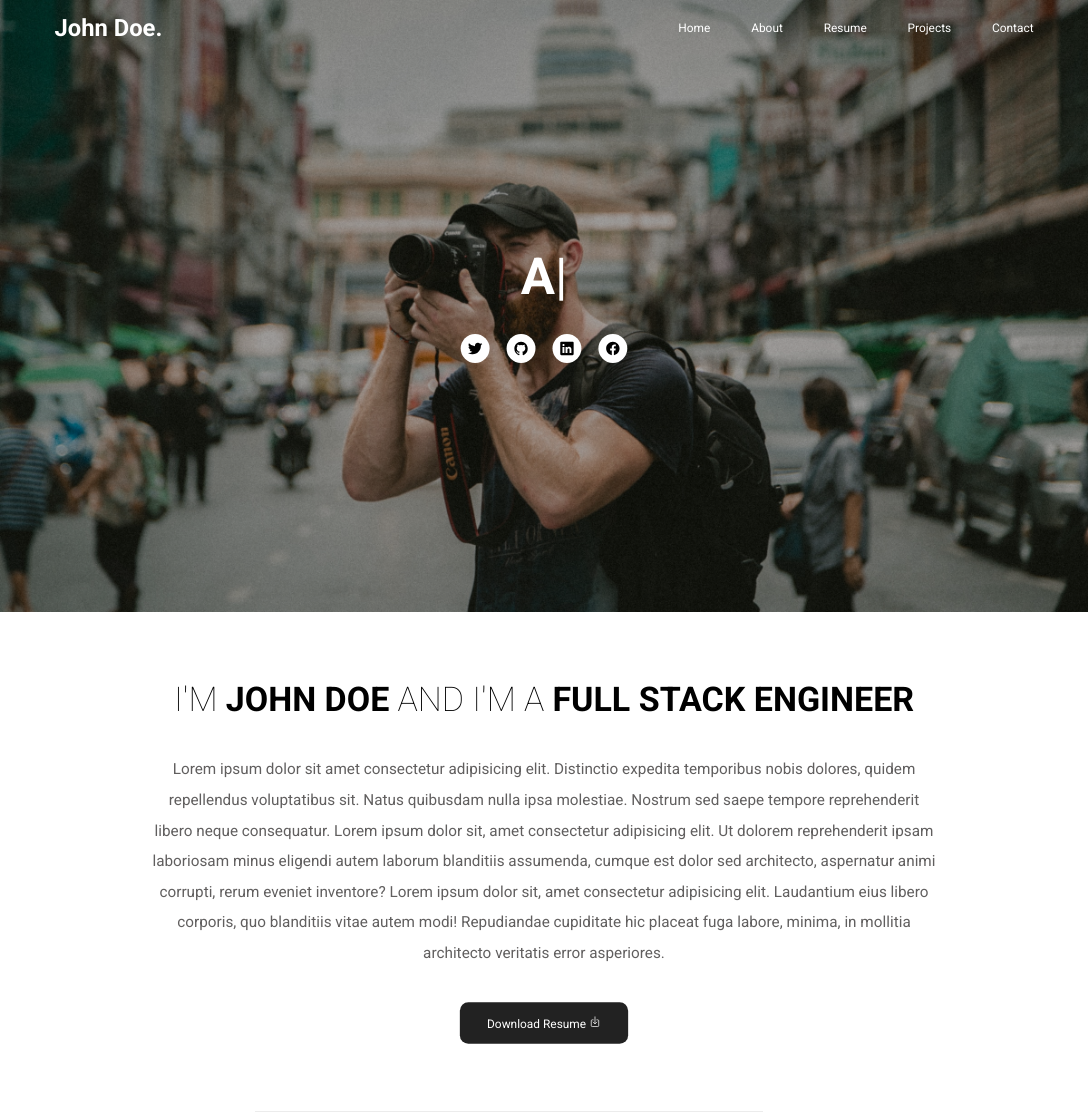
Repository: DevAntonioRogers/portfolio-tutorial
Page: index.html
The author's editor kept a copy of each file at every save. The page is drawn from the files as they stood at one save, then again after the next save.
The browser window is 1280 px wide. The pictures show the whole page, at 85% of full size.
The pointer rests on the first visible `.about-button`.
Backgrounds fixed to the window are drawn as part of the page.

Above is the page before, as saved 2023-10-31 23:29:32.

After the next save:
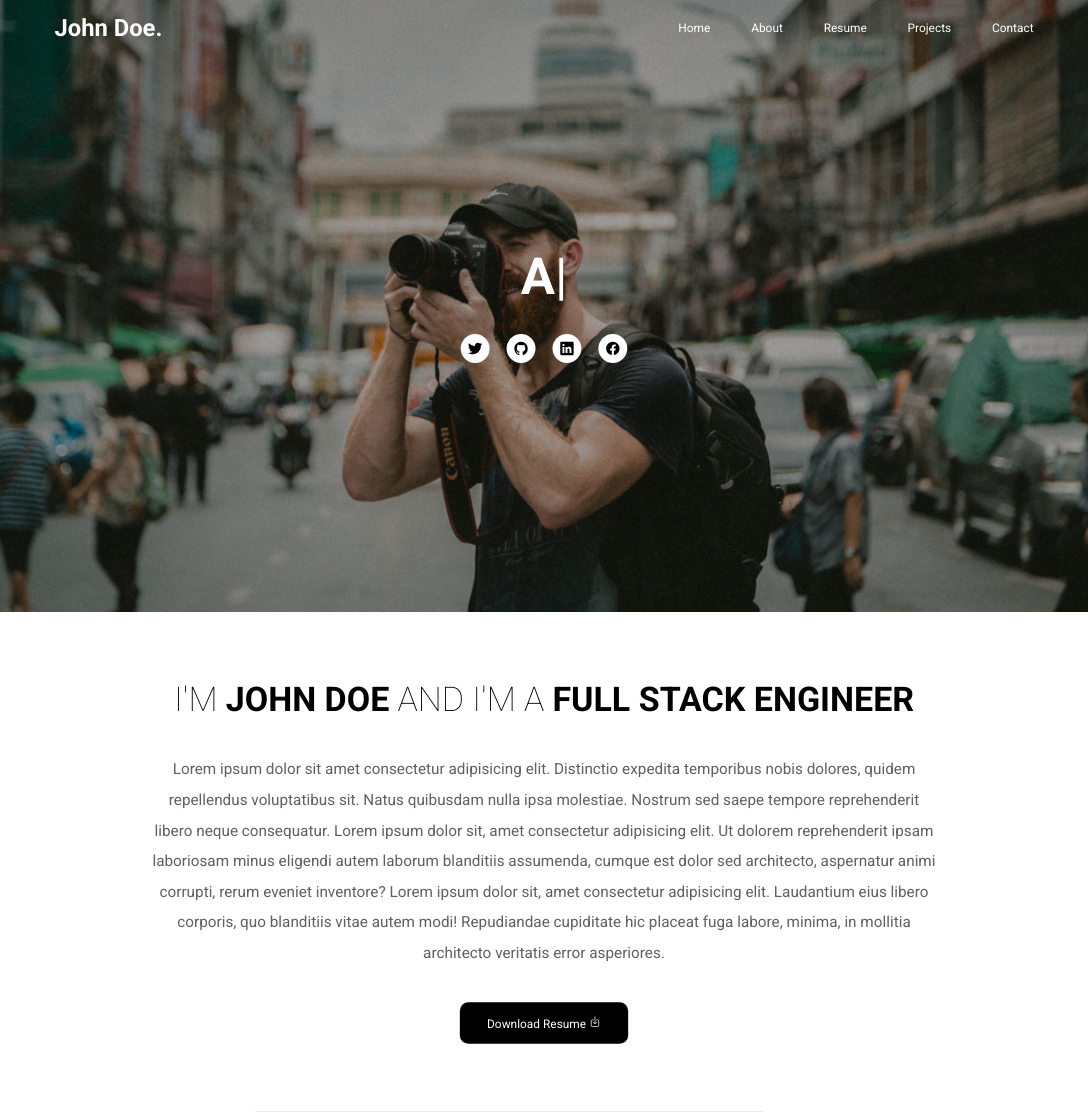
Saved 23 s later.
--- a/styles/about.css
+++ b/styles/about.css
@@ -32,3 +32,8 @@
   font-size: 14px;
   cursor: pointer;
 }
+
+.about-button:hover {
+  background-color: black;
+  transition: 0.5s ease-in-out;
+}
